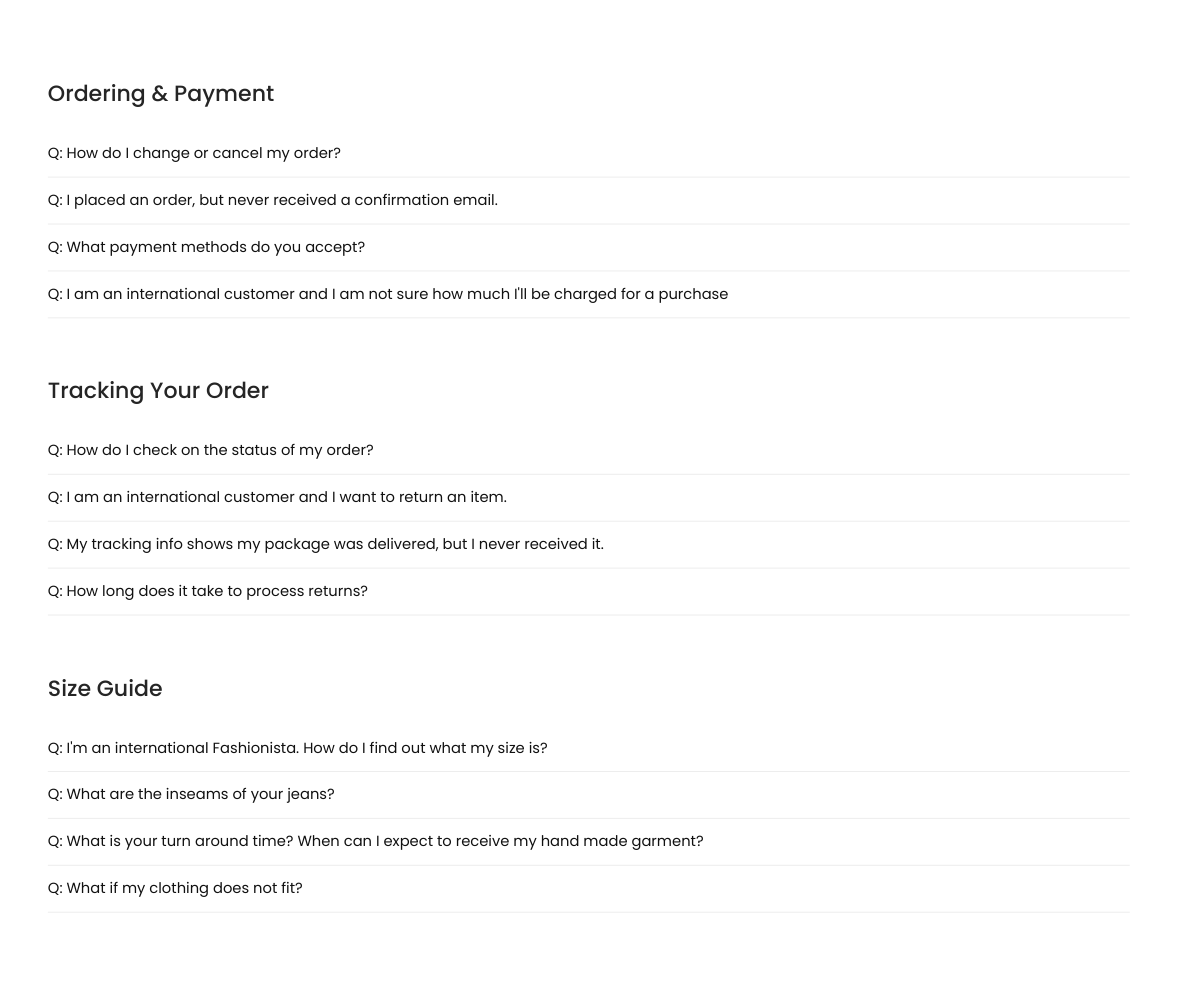
Repository: ST-United-Internship/Modaz-4life
Page: FaQ/FAQ.html
The author's editor kept a copy of each file at every save. The page is drawn from the files as they stood at one save, then again after the next save.
The browser window is 1280 px wide. The pictures show the whole page, at 92% of full size.

Above is the page before, as saved 2023-03-22 17:33:32.

After the next save:
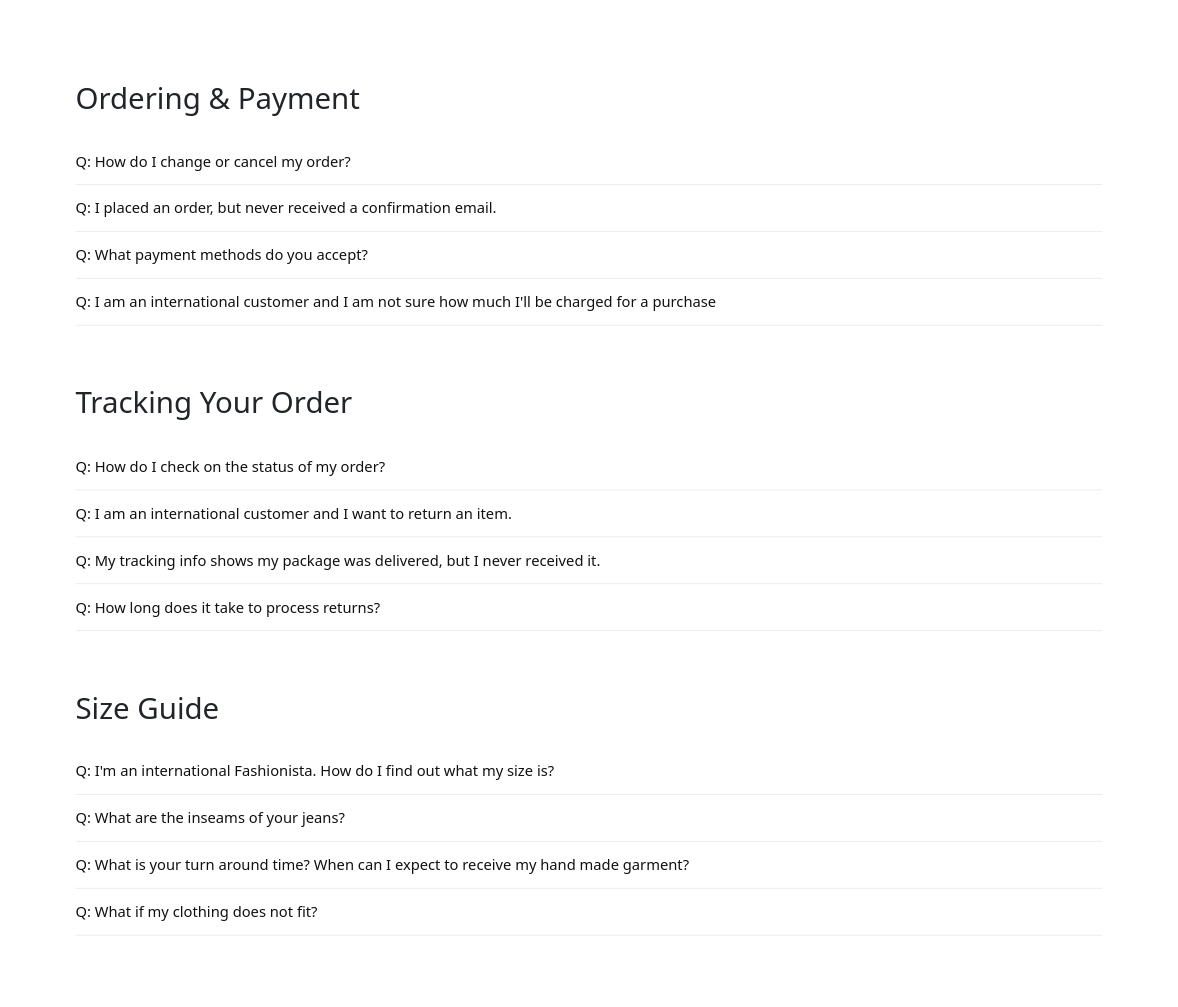
Saved 80 s later.
--- a/FaQ/FAQ.css
+++ b/FaQ/FAQ.css
@@ -6,7 +6,7 @@
     font-weight: 100;
     src: url(https://fonts.gstatic.com/s/poppins/v20/pxiAyp8kv8JHgFVrJJLmE0tMMPKzSQ.woff2) format('woff2');
 }
- .bodi{
+ body{
     font: 14px/26px "Poppins",sans-serif;
     font-weight: 300;
     background-color: #fff;
@@ -27,7 +27,6 @@
 .container{
     position: relative;
     margin: 0 auto;
-    max-width: 1200px !important;
 }
 
 .loaded{
@@ -40,11 +39,10 @@
     margin-bottom: 40px;
 }
 
-.over-title > h2{
+h2{
     font-size: 24px;
     line-height: 30px;
     color: #252525;
-    font-family: "Poppins",sans-serif;;
 }
 
 .over-rise .over-toggle{
@@ -72,5 +70,5 @@
     margin-bottom: 25px;
     font-size: 14px;
     filter: contrast(1%);
-    font-family: "Poppins",sans-serif;
+    font-family: ;
 }
